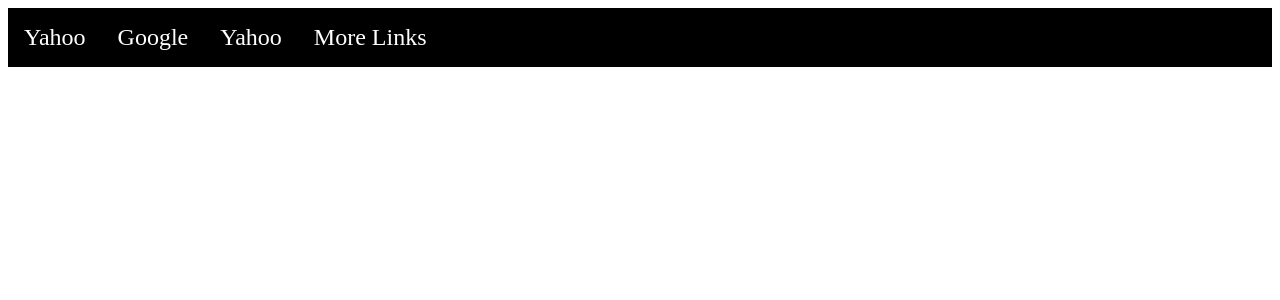
Repository: Starfishmas/Starfishmas.github.io
Page: index1.html
The author's editor kept a record of every edit. The page is drawn from the files as they stood at one moment, then again after the next edit.
The browser window is 1280 px wide. The pictures show the whole page.

Above is the page before.

### index1.html
<!DOCTYPE html>
<html>
  <head>

    <title>repl.it</title>

    <style>
      .navbar{
        background-color: black;
        width: 100%;
        height: 59px;
      }

      .navbar a, .morelinks {
        color: white;
        font-size: 24px;
        text-decoration: none;
        padding:16px;
        float:left;
      }

      .navbar a:hover, .morelinks:hover{
        background-color: pink;
      }

      .dropdown:hover .dropdown-content{
        display:block;
      }

      .dropdown-content{
        position: absolute;
        z-index: 1;
        display:none;
      }

      .dropdown{
          background-color:black;
          color:white;
          float:left;
          text-decoration: none;
          font-size:24px;
      }

      .dropdown-content a{
          float:none;
          display:block;
      }




    </style>

  </head>
  <body>
    <div class="navbar">
      <a href="https://www.yahoo.com">Yahoo</a>
      <a href="https://www.google.com">Google</a>
      <a href="https://www.yahoo.com">Yahoo</a>
      <div class="dropdown">
        <div class="morelinks">More Links</div>
        <div class="dropdown-content">
          <a href="https://www.awseducate.com" logo="aws">AWS Educate</a>
          <a href="https://www.collegeboard.org">College Board</a>
        </div>
      </div>

    </div>

  </body>
</html>

After the next edit:
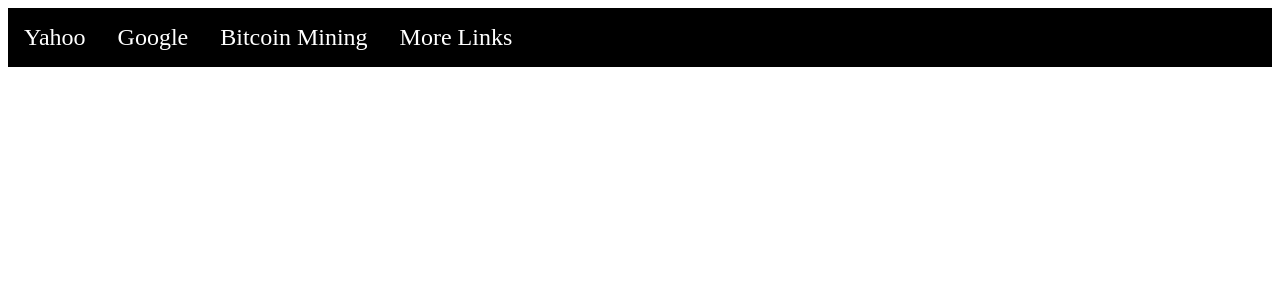
The edit:
--- a/index1.html
+++ b/index1.html
@@ -56,7 +56,7 @@
     <div class="navbar">
       <a href="https://www.yahoo.com">Yahoo</a>
       <a href="https://www.google.com">Google</a>
-      <a href="https://www.yahoo.com">Yahoo</a>
+      <a href="https://www.yahoo.com">Bitcoin Mining</a>
       <div class="dropdown">
         <div class="morelinks">More Links</div>
         <div class="dropdown-content">
